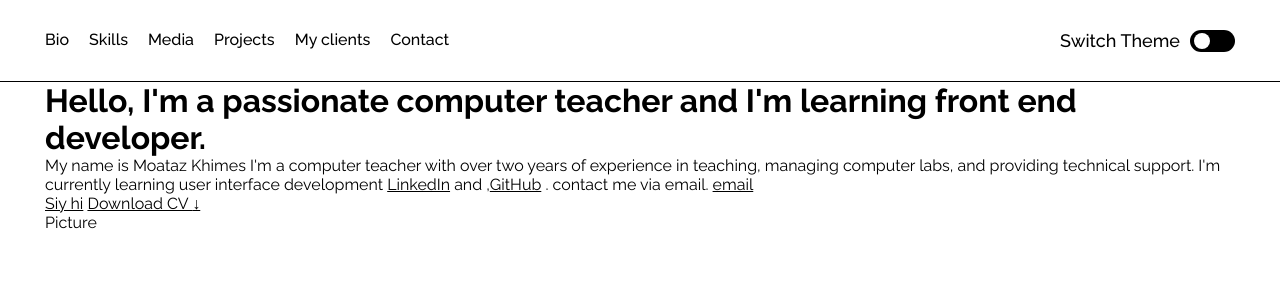
Repository: moataz305G/Personal-website
Page: index.html
An editor plug-in stored every save of this project. The page is shown before and after the next save, followed by the edit.
The browser window is 1280 px wide. The pictures show the whole page.

Above is the page before, as saved 2025-12-12 20:57:10.

After the next save:
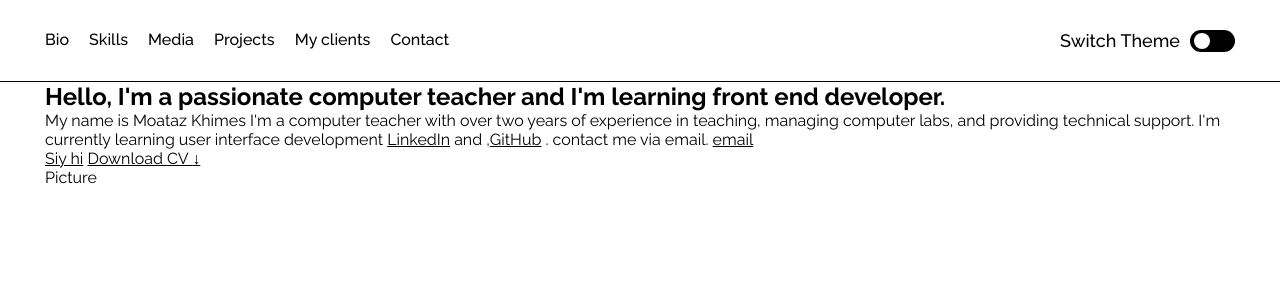
Saved 18 s later.
--- a/index.html
+++ b/index.html
@@ -40,7 +40,7 @@
         </div>
       </header>
 
-      <sction id="bio" class="bio section">
+      <section id="bio" class="bio section">
         <div class="bio__content">
           <h1 class="bio__heading">
             Hello, I'm a passionate computer teacher and I'm learning front end
@@ -68,7 +68,7 @@
           >
         </div>
         <div class="bio__pic-content">Picture</div>
-      </sction>
+      </section>
     </div>
   </body>
 </html>
